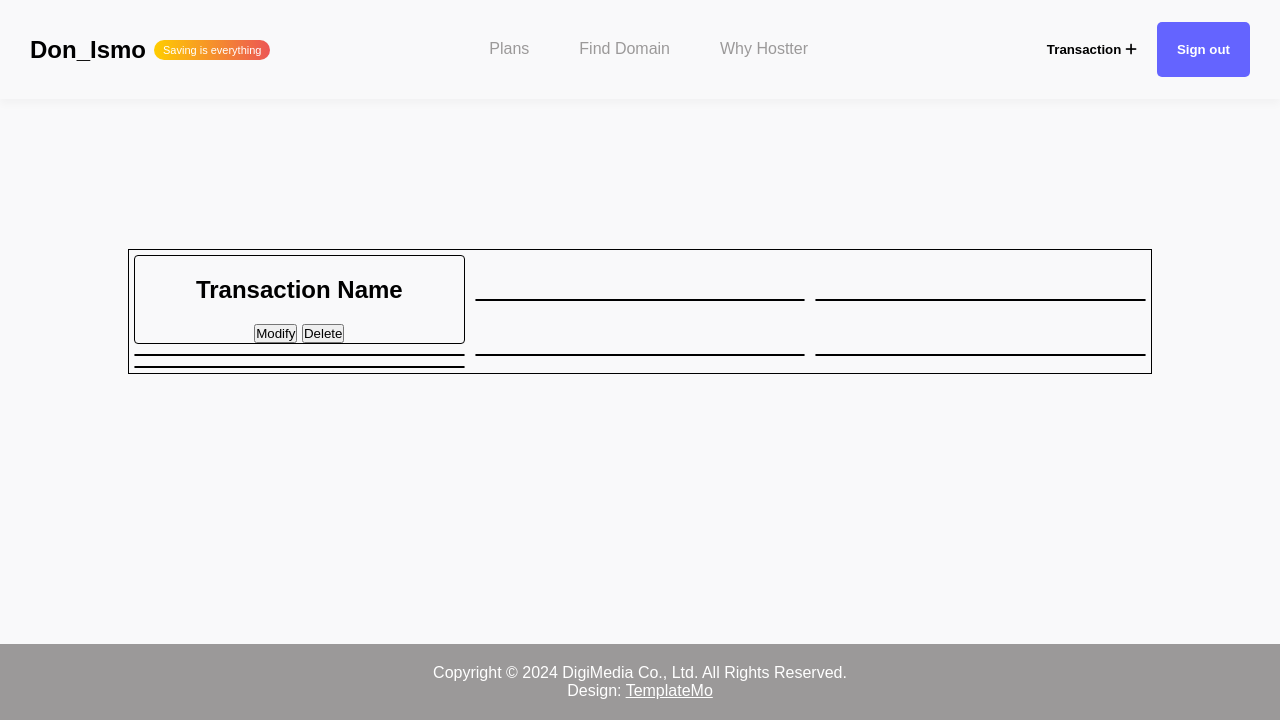
Repository: Ismail-ibr/pfa
Page: Dashboard/index.html
The author's editor kept a copy of each file at every save. The page is drawn from the files as they stood at one save, then again after the next save.
The browser window is 1280 px wide. The pictures show the whole page.

Above is the page before, as saved 2024-05-16 22:58:05.
Console error: ReferenceError: closeButton is not defined

After the next save:
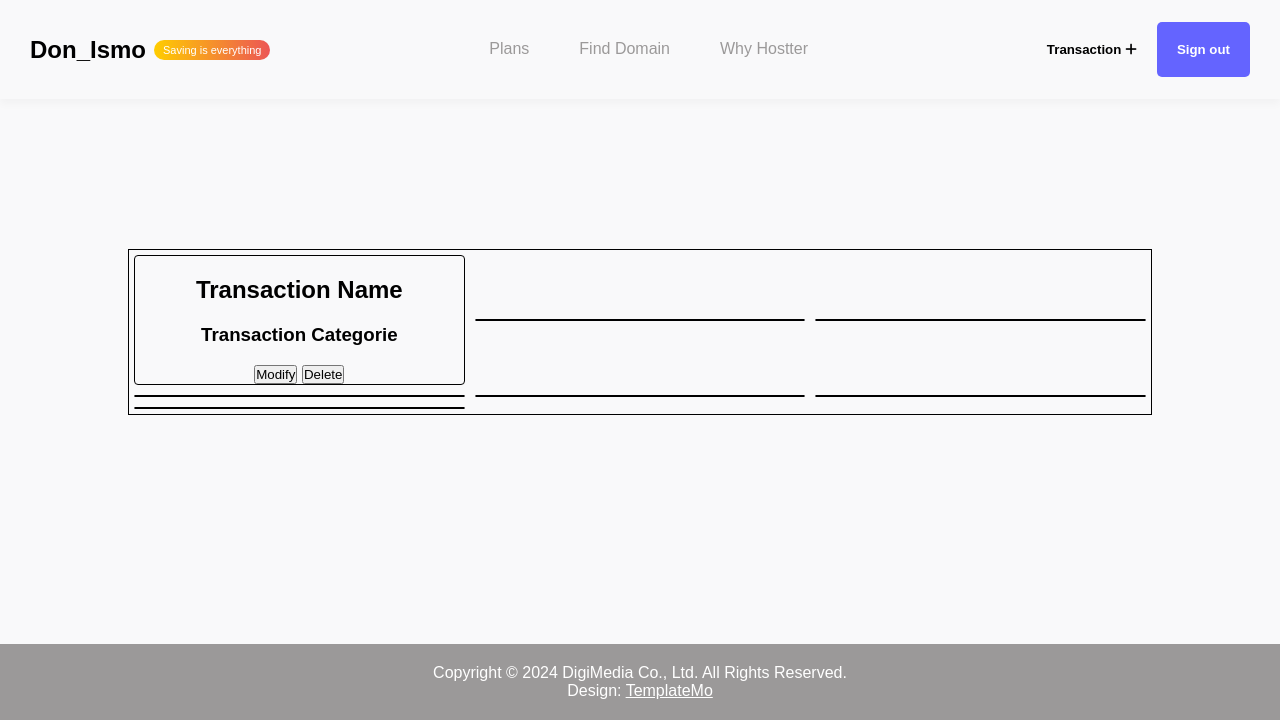
Saved 22 s later.
--- a/Dashboard/index.html
+++ b/Dashboard/index.html
@@ -71,6 +71,7 @@
             <div class="transaction">
                 <div class="transac">
                     <h2>Transaction Name</h2>
+                    <h3>Transaction Categorie</h3>
                     <div class="buttons-transctions">
                         <button class="modifier">Modify</button>
                         <button class="supprimer">Delete</button>
